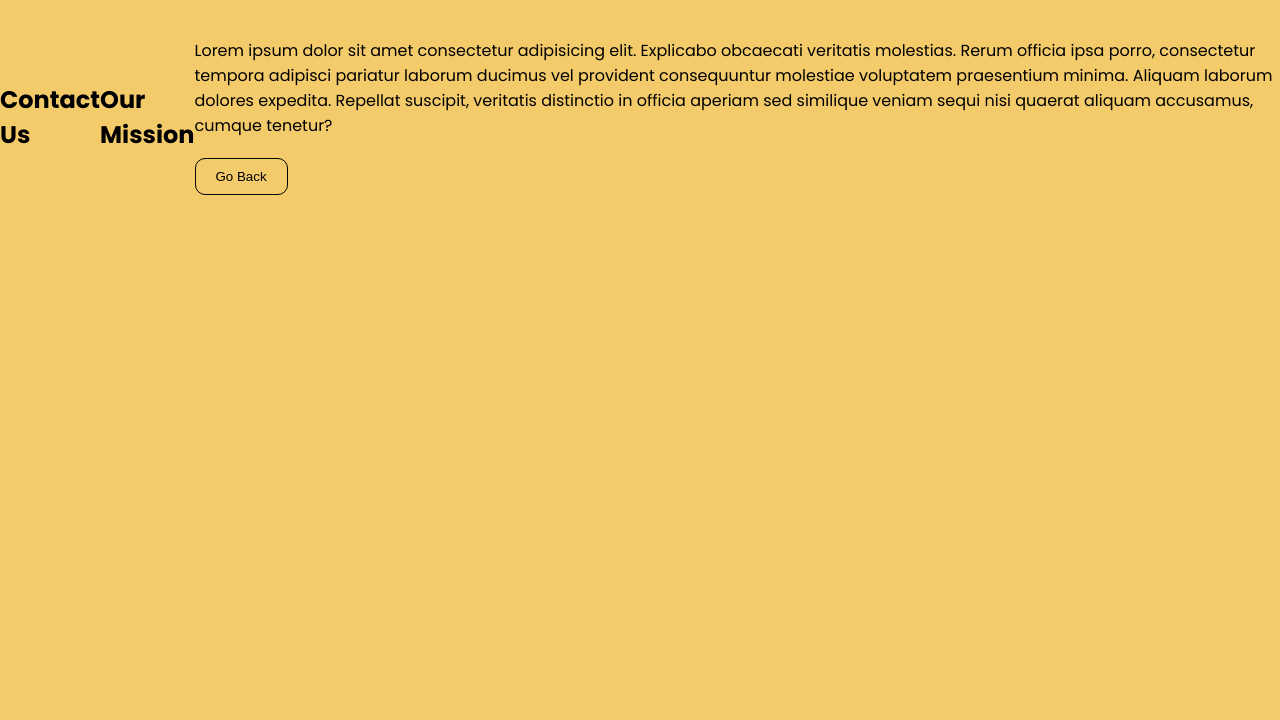
Repository: ble-syn/Random-user-generator-app
Page: /contact
These files come from the project's save history. The page is drawn as it stood at one moment and after the next save; the edit follows.
The browser window is 1280 px wide. The pictures show the whole page.
The project was rebuilt for these pictures with package versions that can differ from the ones it lists, and the page was loaded fresh each time. Also part of the build but not shown: src/components/Navbar.jsx, src/components/pagination.jsx, src/components/ErrorFallback.jsx, src/components/User.jsx, src/pages/Home.jsx, src/pages/About.jsx, src/pages/Vision.jsx, src/pages/Mission.jsx and 1 more.

Above is the page before, as saved 2022-10-28 19:04:07.

After the next save:
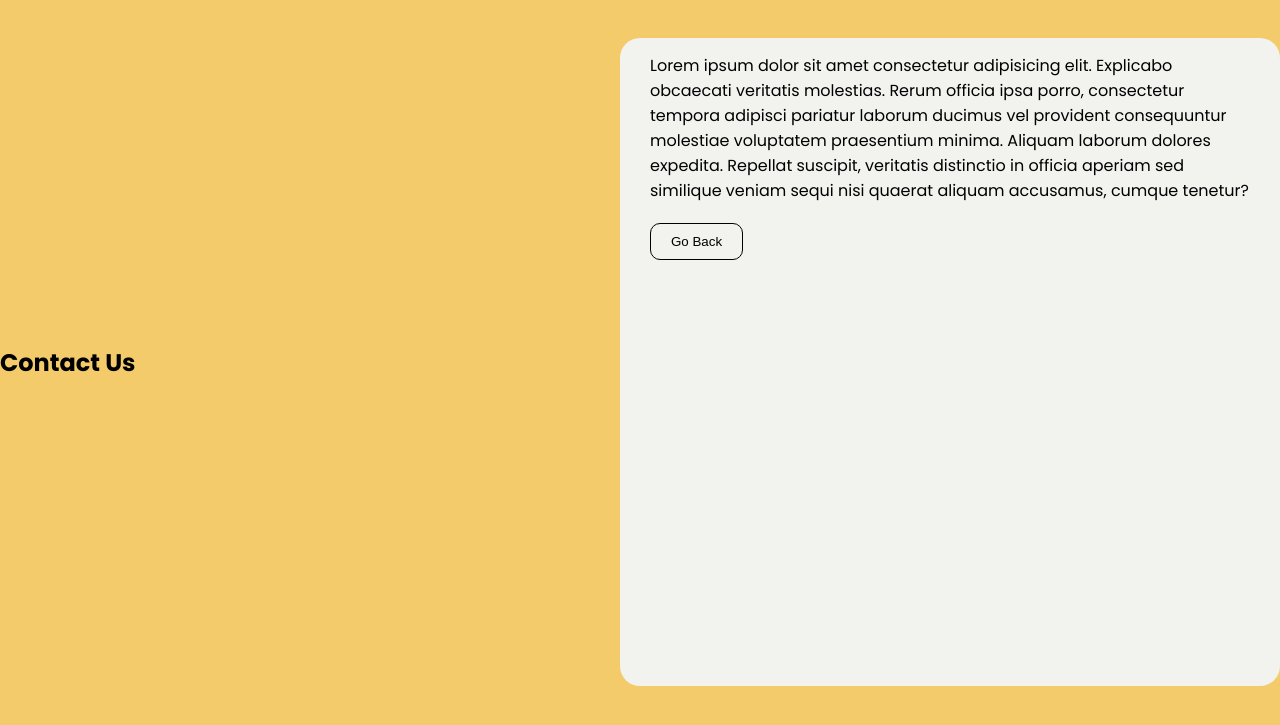
Saved 10 s later.
--- a/src/pages/Contact.jsx
+++ b/src/pages/Contact.jsx
@@ -12,8 +12,8 @@ function Contact() {
       <div id="left">
         <h2>Contact Us</h2>
       </div>
-      <h2> Our Mission</h2>
-      <div>
+
+      <div id="right">
         <p>
           Lorem ipsum dolor sit amet consectetur adipisicing elit. Explicabo
           obcaecati veritatis molestias. Rerum officia ipsa porro, consectetur
